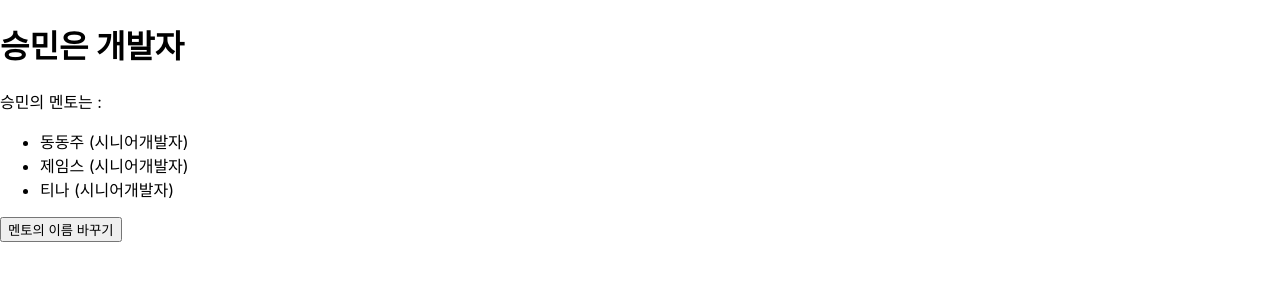
Repository: dnjfht/css-example
Page: /
An editor plug-in stored every save of this project. The page is shown before and after a run of saves, followed by the edit.
The browser window is 1280 px wide. The pictures show the whole page.
The project was rebuilt for these pictures with package versions that can differ from the ones it lists, and the page was loaded fresh each time.

Above is the page before, as saved 2023-05-11 03:52:18.

### src/App.js
import React, { useState } from "react";

export default function App() {
  const [person, setPerson] = useState({
    name: "승민",
    title: "개발자",
    mentors: [
      {
        name: "동동주",
        title: "시니어개발자",
      },
      {
        name: "제임스",
        title: "시니어개발자",
      },
      {
        name: "티나",
        title: "시니어개발자",
      },
    ],
  });

  const ClickMentorNameChange = () => {
    const prev = prompt("누구의 이름을 바꾸고 싶은가요?");
    const current = prompt("이름을 무엇으로 바꾸고 싶은가요?");

    setPerson((person) => ({
      ...person,
      mentors: person.mentors.map((mentor) => {
        if (mentor.name === prev) {
          return { ...mentor, name: current };
        }
        return mentor;
      }),
    }));
  };

  return (
    <div>
      <h1>
        {person.name}은 {person.title}
      </h1>
      <p>{person.name}의 멘토는 :</p>
      <ul>
        {person.mentors.map((mentor, index) => {
          return (
            <li key={index}>
              {mentor.name} ({mentor.title})
            </li>
          );
        })}
      </ul>
      <button onClick={ClickMentorNameChange}>멘토의 이름 바꾸기</button>
    </div>
  );
}

function Button({ text, onClick }) {
  console.log("Button", text, "re-rendering !!");

  return (
    <button
      onClick={onClick}
      style={{
        backgroundColor: "black",
        color: "white",
        borderRadius: 20,
        margin: "0.4rem",
      }}
    >
      {text}
    </button>
  );
}

Loaded but not shown: public/index.html (common file); src/index.js (common file); src/index.css (common file); src/reportWebVitals.js (common file)

After the next 3 saves:
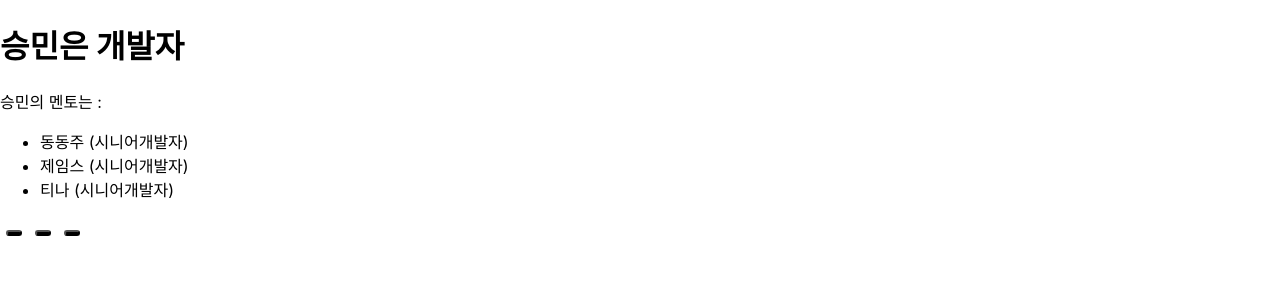
The 3 saves are shown as one change because 2 did not build or start.
The last was saved 113 s later.
--- a/src/App.js
+++ b/src/App.js
@@ -35,6 +35,10 @@ export default function App() {
     }));
   };
 
+  const ClickAddMentor = () => {};
+
+  const ClickDeleteMentor = () => {};
+
   return (
     <div>
       <h1>
@@ -50,7 +54,9 @@ export default function App() {
           );
         })}
       </ul>
-      <button onClick={ClickMentorNameChange}>멘토의 이름 바꾸기</button>
+      <Button onClick={ClickMentorNameChange}>멘토의 이름 바꾸기</Button>
+      <Button onClick={ClickAddMentor}>멘토 추가하기</Button>
+      <Button onClick={ClickDeleteMentor}>멘토 삭제하기</Button>
     </div>
   );
 }
